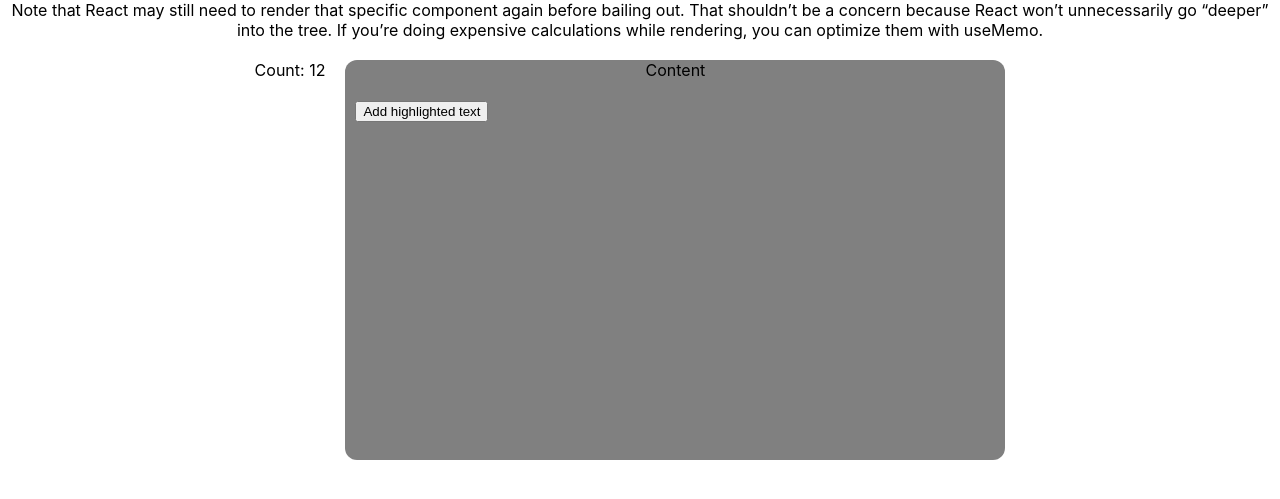
Repository: Farbod29/React-text-highlighter-with-hook-
Page: /
These files come from the project's save history. The page is drawn as it stood at one moment and after the next save; the edit follows.
The browser window is 1280 px wide. The pictures show the whole page.
The project was rebuilt for these pictures with package versions that can differ from the ones it lists, and the page was loaded fresh each time.

Above is the page before, as saved 2022-02-18 21:27:53.

After the next save:
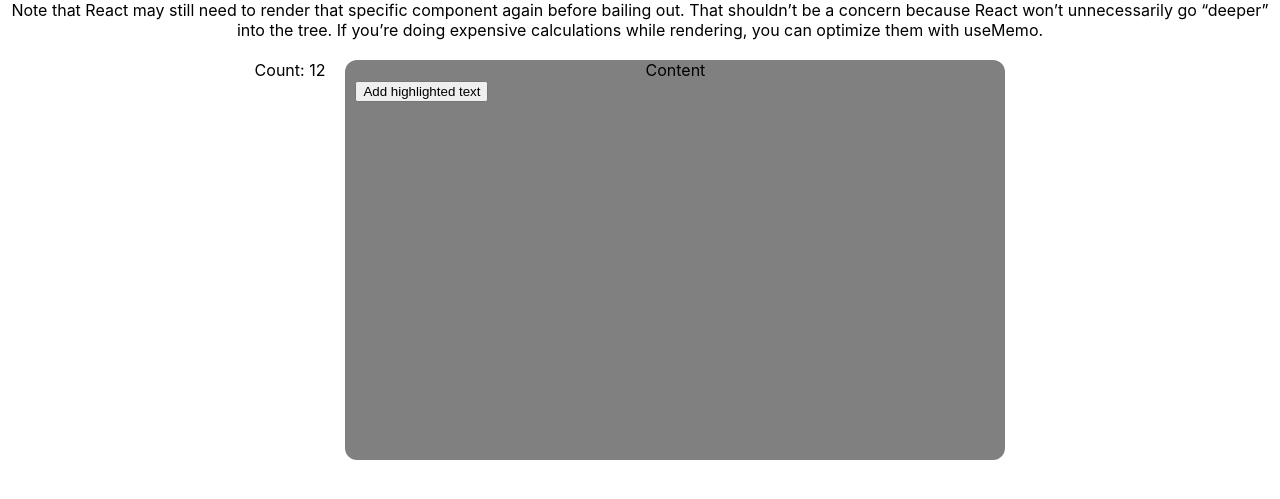
Saved 17 s later.
--- a/src/highlighter.js
+++ b/src/highlighter.js
@@ -33,7 +33,7 @@ export default function Highlighter() {
         }}
       >
         Content
-        <div style={{ marginTop: '20px', position: 'absolute' }}>
+        <div style={{ position: 'absolute' }}>
           <button onClick={() => setCount(12)}> Add highlighted text </button>
         </div>
       </div>
